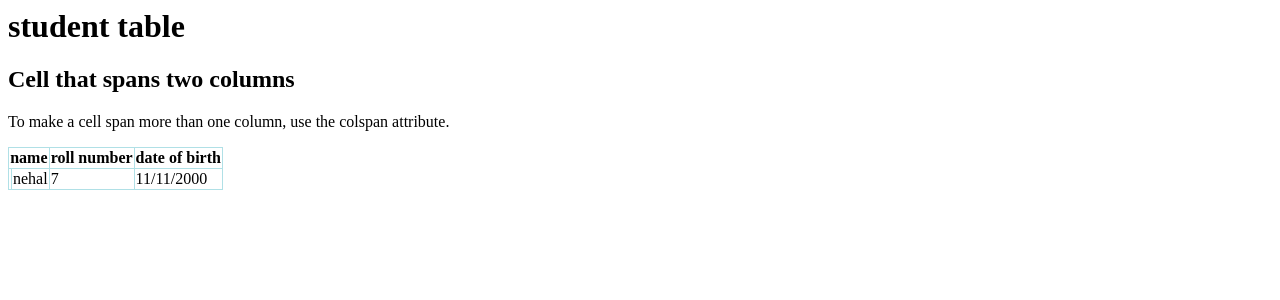
Repository: pratixa-chauhan/practice
Page: style/table3.html
The author's editor kept a copy of each file at every save. The page is drawn from the files as they stood at one save, then again after the next save.
The browser window is 1280 px wide. The pictures show the whole page.

Above is the page before, as saved 2021-12-16 17:39:21.

After the next save:
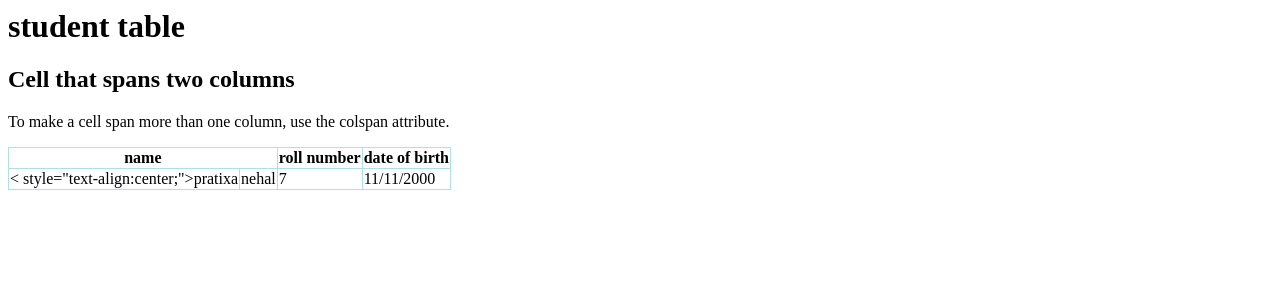
Saved 82 s later.
--- a/style/table3.html
+++ b/style/table3.html
@@ -19,7 +19,7 @@
         <tr>
 
             <td>
-                <style style="text-align:center;">pratixa</style>
+                < style="text-align:center;">pratixa</>
 
 
             </td>
